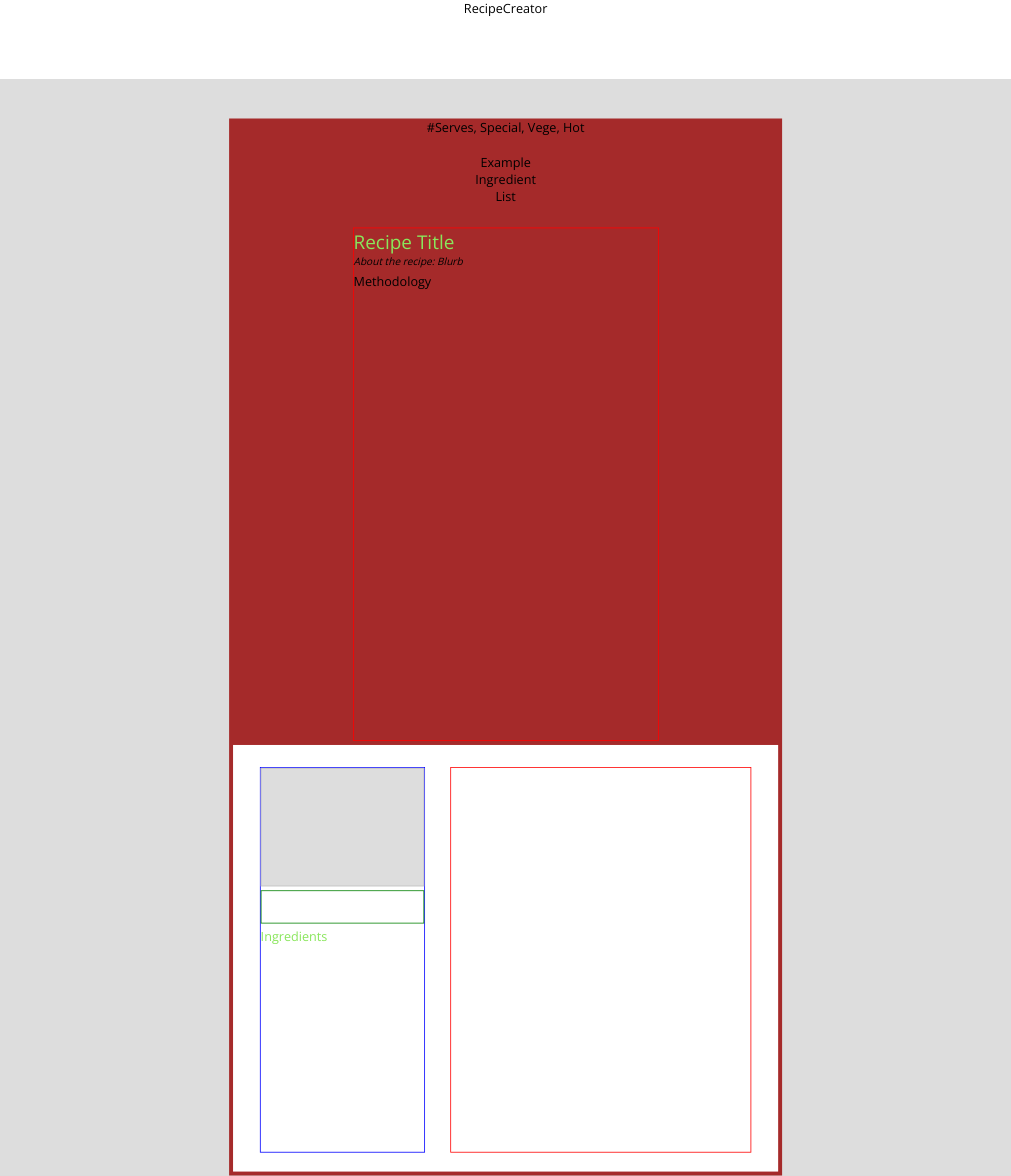
Repository: JoshuaKing/RecipeCreator
Page: public/index.html
The author's editor kept a record of every edit. The page is drawn from the files as they stood at one moment, then again after the next edit.
The browser window is 1280 px wide. The pictures show the whole page, at 79% of full size.

Above is the page before.

After the next edit:
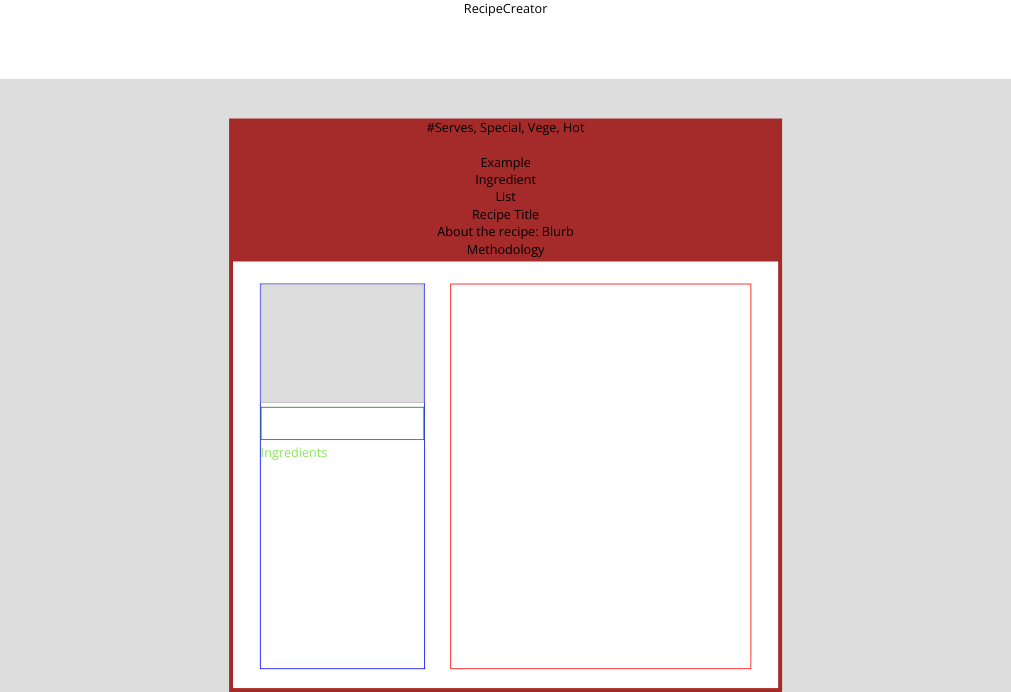
The edit:
--- a/public/index.html
+++ b/public/index.html
@@ -118,10 +118,10 @@
 						<br/>List
 					</div>
 				</span>
-				<span class="recipe-right">
-					<header class="recipe-title">Recipe Title</header>
-					<div class="recipe-blurb">About the recipe: Blurb</div>
-					<div class="recipe-method">Methodology</div>
+				<span class="column right">
+					<header class="title">Recipe Title</header>
+					<div class="blurb">About the recipe: Blurb</div>
+					<div class="method">Methodology</div>
 				</span>
 			</section>
 			<section class="recipe-page">
